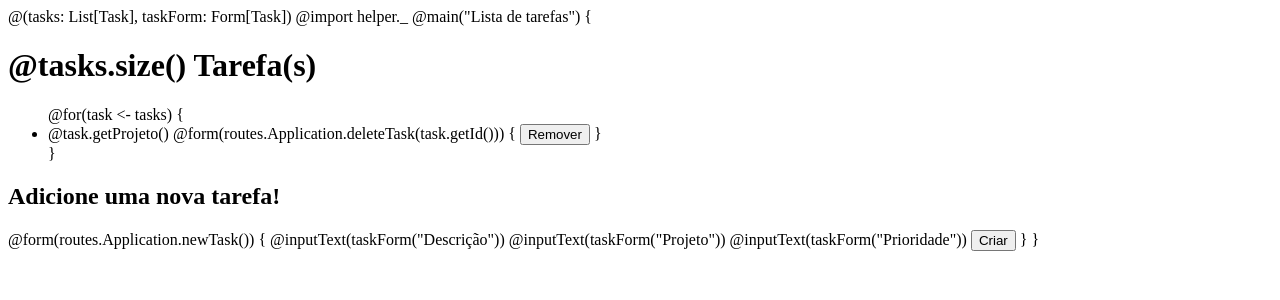
Repository: lcavalcante/si1
Page: lab2/.target/views/index.scala.html
The author's editor kept a copy of each file at every save. The page is drawn from the files as they stood at one save, then again after the next save.
The browser window is 1280 px wide. The pictures show the whole page.

Above is the page before, as saved 2013-11-27 00:01:42.

### lab2/.target/views/index.scala.html
@(tasks: List[Task], taskForm: Form[Task])

@import helper._

@main("Lista de tarefas") {

    <h1>@tasks.size() Tarefa(s)</h1>

    <ul>
        @for(task <- tasks) {
            <li>
                @task.getProjeto()

                @form(routes.Application.deleteTask(task.getId())) {
                    <input type="submit" value="Remover">
                }
            </li>
        }
    </ul>

    <h2>Adicione uma nova tarefa!</h2>

    @form(routes.Application.newTask()) {

        @inputText(taskForm("Descrição"))
        @inputText(taskForm("Projeto"))
        @inputText(taskForm("Prioridade"))

        <input type="submit" value="Criar">

    }

}

After the next save:
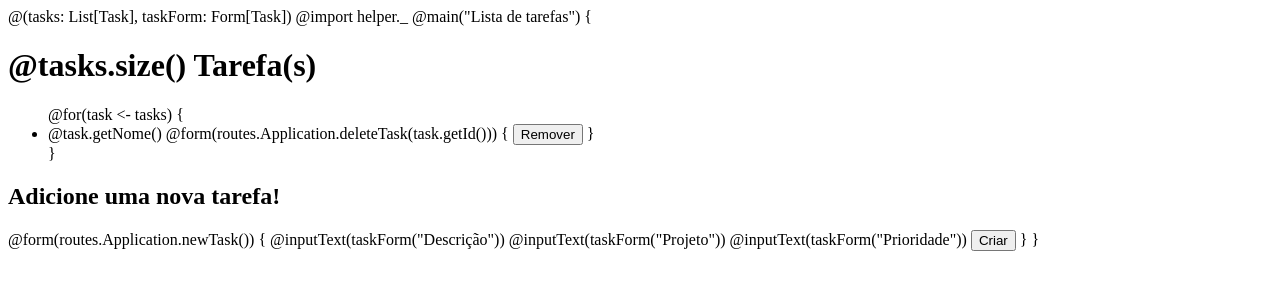
Saved 9 s later.
--- a/lab2/.target/views/index.scala.html
+++ b/lab2/.target/views/index.scala.html
@@ -9,7 +9,7 @@
     <ul>
         @for(task <- tasks) {
             <li>
-                @task.getProjeto()
+                @task.getNome()
 
                 @form(routes.Application.deleteTask(task.getId())) {
                     <input type="submit" value="Remover">
